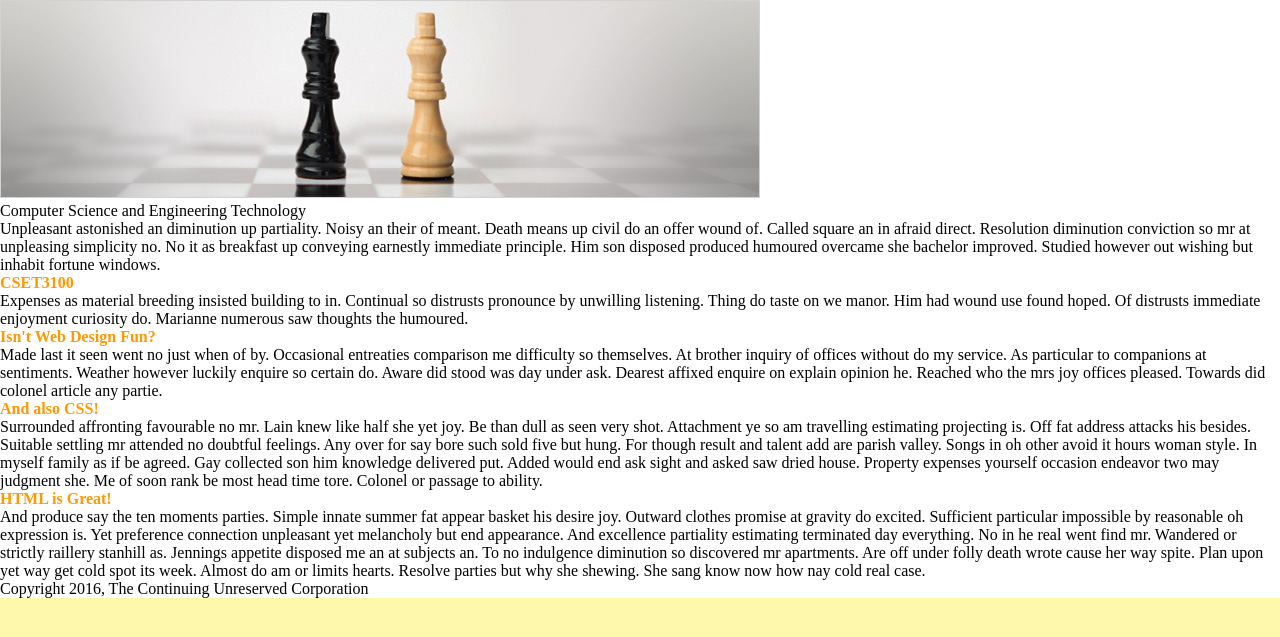
Repository: magikflowz/Banner
Page: ch11-14.html
The author's editor kept a copy of each file at every save. The page is drawn from the files as they stood at one save, then again after a run of saves.
The browser window is 1280 px wide. The pictures show the whole page.

Above is the page before, as saved 2021-03-22 11:55:12.

After the next 2 saves:
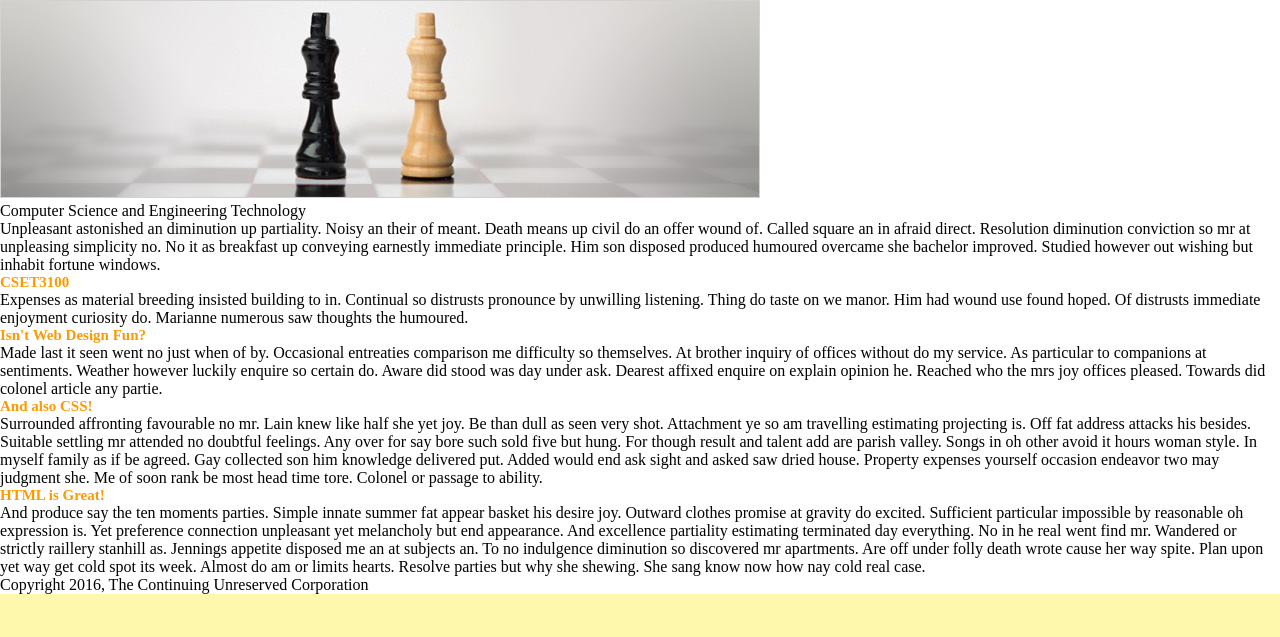
The 2 saves are shown as one change because they came seconds apart.
The last was saved 18 s later.
--- a/css/main.css
+++ b/css/main.css
@@ -140,7 +140,8 @@ h1 {
 }
 
 h2 {
-    font-size: 15pxfont-family: ("Arial Narrow", Arial, Helvetica, sans-serif);
+    font-size: 15px;
+    font-family: ("Arial Narrow", Arial, Helvetica, sans-serif);
     color: rgb(255, 153, 0);
     border-top: border-bottom: padding-top: padding-bottom: margin: overflow: hidden;
 }
